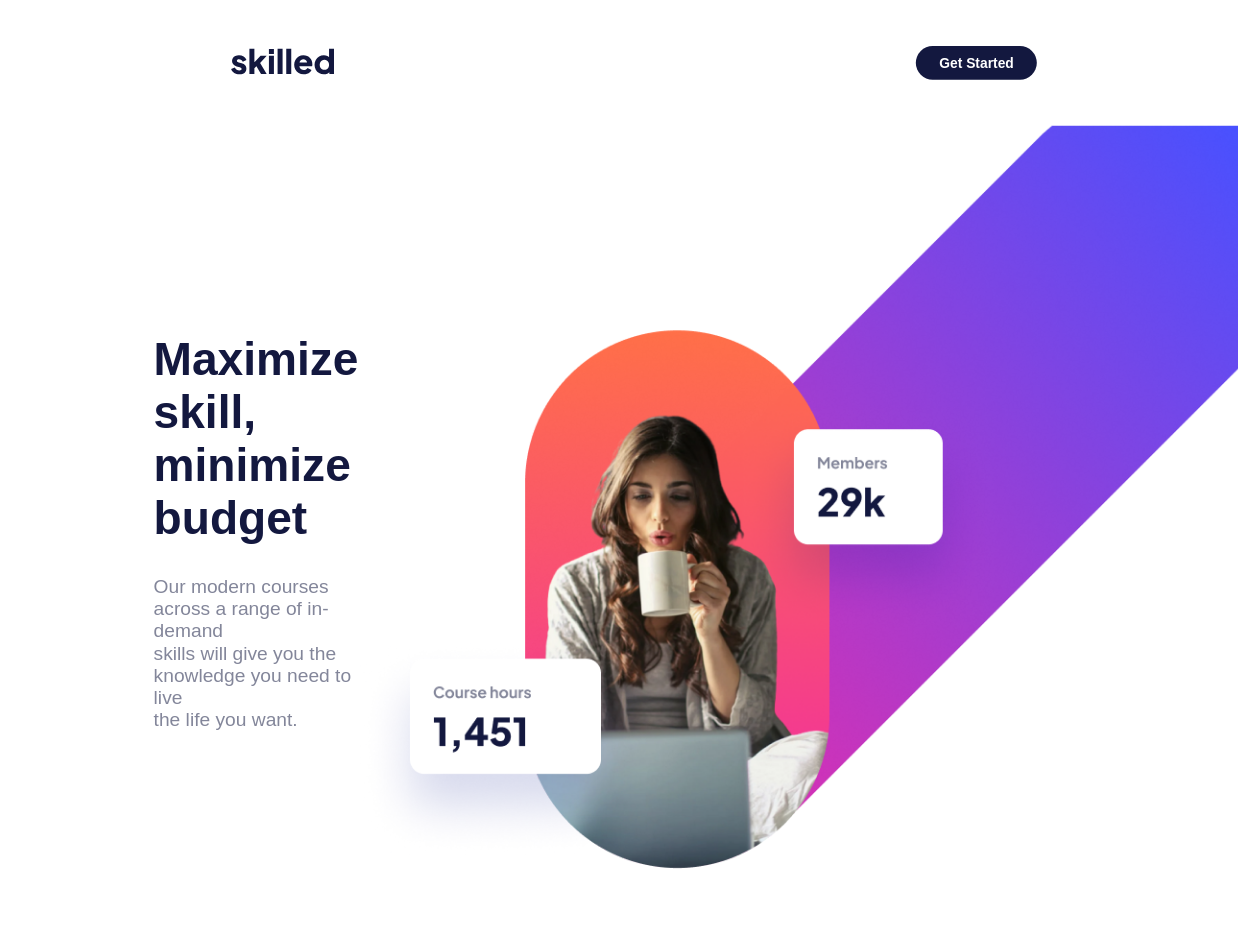
Repository: exe-walt/E-Learning-Landing-Page
Page: index.html
These files come from the project's save history. The page is drawn as it stood at one moment and after a run of saves; the edit follows.
The browser window is 1280 px wide. The page is 1290 px wide, so the pictures cover 1290 px, including what lies to the right of the window. The pictures show the whole page, at 96% of full size.
Some web fonts or font styles are not loaded; a fallback is used.

Above is the page before, as saved 2025-05-27 21:54:43.

### index.html
<!DOCTYPE html>
<html lang="en">
<head>
  <meta charset="UTF-8">
  <meta name="viewport" content="width=device-width, initial-scale=1.0">
  <title>Skilled E-Learning Page</title>
  <link rel="stylesheet" href="css/style.css">
  <link href="https://fonts.cdnfonts.com/css/plus-jakarta-sans" rel="stylesheet">
</head>
<body>
  <div class="content-container">

      <div class="navbar">
        <ul>
          <li id="logo">
            <img src="img/skilled-logo.svg" alt="logo">
          </li>
          <li class="navbar-button">
            <button>Get Started</button>
          </li>
        </ul>
      </div>


    <div class="hero-section">
      <div class="hero-text">
        <h1>Maximize skill, <br>minimize budget</h1>

        <p>
          Our modern courses across a range of in-demand <br> skills will give you the knowledge you need to live <br> the life you want.
        </p>
      </div>

      <div class="hero-image">
        <img src="img/Group19.png" alt="main-image">
      </div>
    </div>
  </div>

</body>
</html>

### css/style.css
* {
  font-family: "Plus Jakarta Sans", sans-serif;
}
body {
  margin: 0;
  display: flex;
  justify-content: center;
  align-items: center;
}

.content-container {
  background-color: #ffffff;
  max-width: 100%;
  width: 100%;
  height: auto;
}

.navbar {
  display: flex;
  justify-content: space-between;
  align-items: center;
  padding: 2rem 2.5rem;
  background-color: white;
  margin-left: 10em;
  margin-right: 10em;
}

.navbar ul {
  display: flex;
  align-items: center;
  justify-content: space-between;
  width: 100%;
  list-style: none;

}

#logo img {
  height: 1.75em;
  width: auto;
}

.navbar-button button {
  background-color: #13183F;
  color: white;
  border: none;
  border-radius: 999px;
  padding: 0.6rem 1.5rem;
  font-weight: 600;
  font-size: 0.9rem;
  cursor: pointer;
  transition: background-color 0.3s ease;
}

.navbar-button button:hover {
  background-color: #666ca3;
}

.hero-section{
  display: flex;
}

.hero-text{
  margin-left: 10em;
  margin-top: 11.5em;
}

.hero-text h1 {
  font-weight: 800; /* ExtraBold */
  font-size: 3rem;
  color: #13183F;
}

.hero-text p{
  font-family: 'Plus Jakarta Sans', sans-serif;
  font-weight: 500; /* Medium */
  font-size: 1.25rem;
  color: #83869a;
}

.hero-image img{
  overflow: hidden;
}

After the next 5 saves:
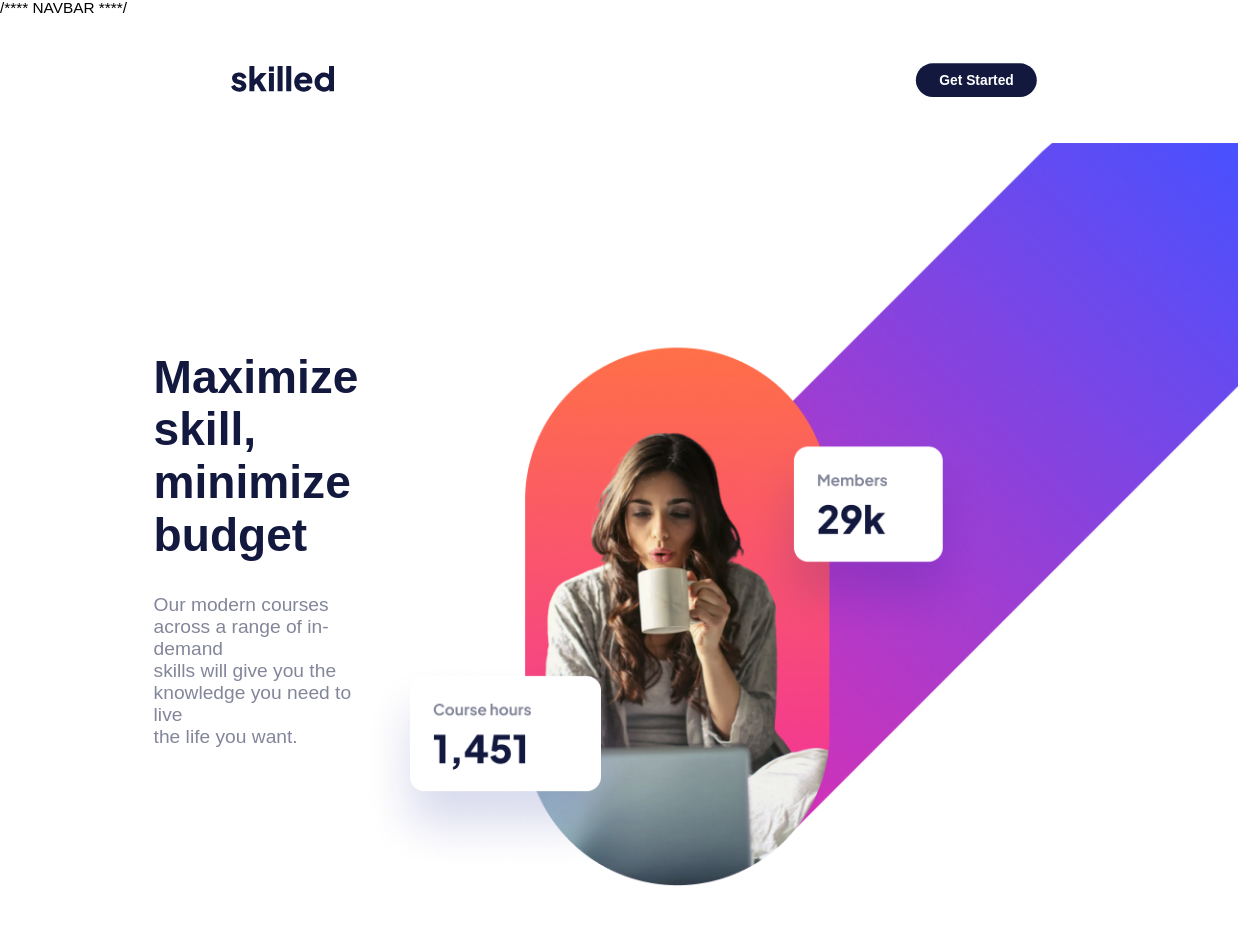
The 5 saves are shown as one change because they came seconds apart.
The last was saved 30 s later.
--- a/index.html
+++ b/index.html
@@ -9,7 +9,7 @@
 </head>
 <body>
   <div class="content-container">
-
+/**** NAVBAR ****/
       <div class="navbar">
         <ul>
           <li id="logo">

After the 3 saves that followed:
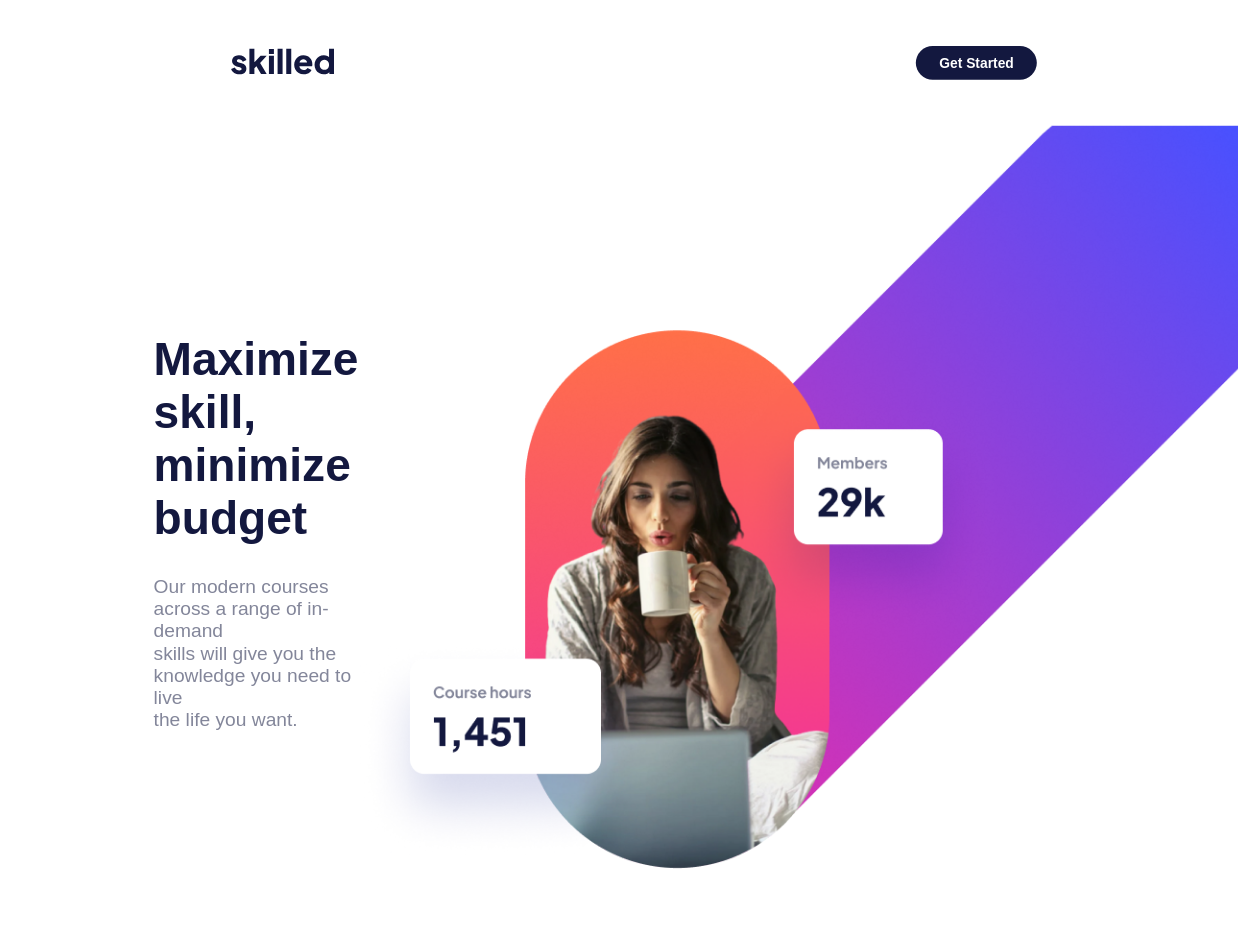
The 3 saves are shown as one change because 2 left the picture as it was.
The last was saved 79 s later.
--- a/index.html
+++ b/index.html
@@ -1,38 +1,39 @@
-<!DOCTYPE html>
+<!DOCTYPE html> <!-- Document type declaration for HTML5 -->
 <html lang="en">
 <head>
-  <meta charset="UTF-8">
-  <meta name="viewport" content="width=device-width, initial-scale=1.0">
-  <title>Skilled E-Learning Page</title>
-  <link rel="stylesheet" href="css/style.css">
-  <link href="https://fonts.cdnfonts.com/css/plus-jakarta-sans" rel="stylesheet">
+  <meta charset="UTF-8"> <!-- Character encoding set to UTF-8 -->
+  <meta name="viewport" content="width=device-width, initial-scale=1.0"> <!-- Responsive design meta tag -->
+  <title>Skilled E-Learning Page</title> <!-- Page title -->
+  <link rel="stylesheet" href="css/style.css"> <!-- Link to external CSS file -->
+  <link href="https://fonts.cdnfonts.com/css/plus-jakarta-sans" rel="stylesheet"> <!-- Import custom font -->
 </head>
 <body>
-  <div class="content-container">
-/**** NAVBAR ****/
-      <div class="navbar">
-        <ul>
-          <li id="logo">
-            <img src="img/skilled-logo.svg" alt="logo">
-          </li>
-          <li class="navbar-button">
-            <button>Get Started</button>
-          </li>
-        </ul>
-      </div>
+  <div class="content-container"> <!-- Main content container -->
 
+    <!-- NAVBAR SECTION -->
+    <div class="navbar">
+      <ul>
+        <li id="logo">
+          <img src="img/skilled-logo.svg" alt="logo"> <!-- Website logo -->
+        </li>
+        <li class="navbar-button">
+          <button>Get Started</button> <!-- Call-to-action button -->
+        </li>
+      </ul>
+    </div>
 
+    <!-- HERO SECTION -->
     <div class="hero-section">
       <div class="hero-text">
-        <h1>Maximize skill, <br>minimize budget</h1>
+        <h1>Maximize skill, <br>minimize budget</h1> <!-- Main headline -->
 
         <p>
           Our modern courses across a range of in-demand <br> skills will give you the knowledge you need to live <br> the life you want.
-        </p>
+        </p> <!-- Supporting description -->
       </div>
 
       <div class="hero-image">
-        <img src="img/Group19.png" alt="main-image">
+        <img src="img/Group19.png" alt="main-image"> <!-- Hero section image -->
       </div>
     </div>
   </div>
